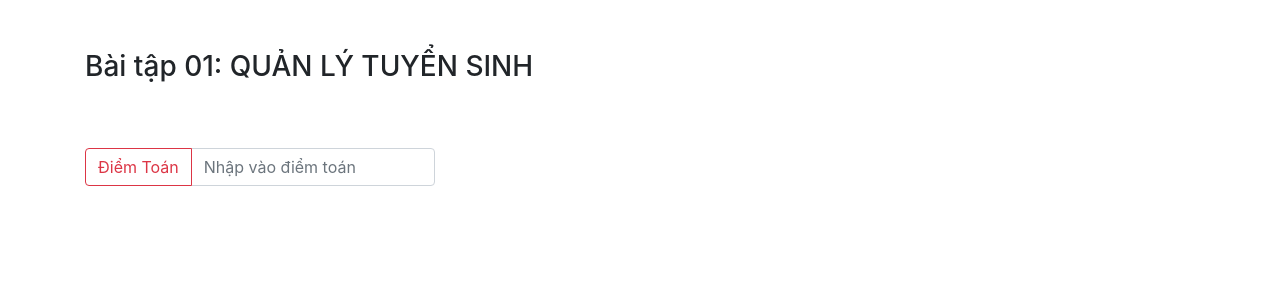
Repository: ducdatit2002/javascript-tinh-day15
Page: index.html
An editor plug-in stored every save of this project. The page is shown before and after the next save, followed by the edit.
The browser window is 1280 px wide. The pictures show the whole page.

Above is the page before, as saved 2023-08-19 23:54:23.

After the next save:
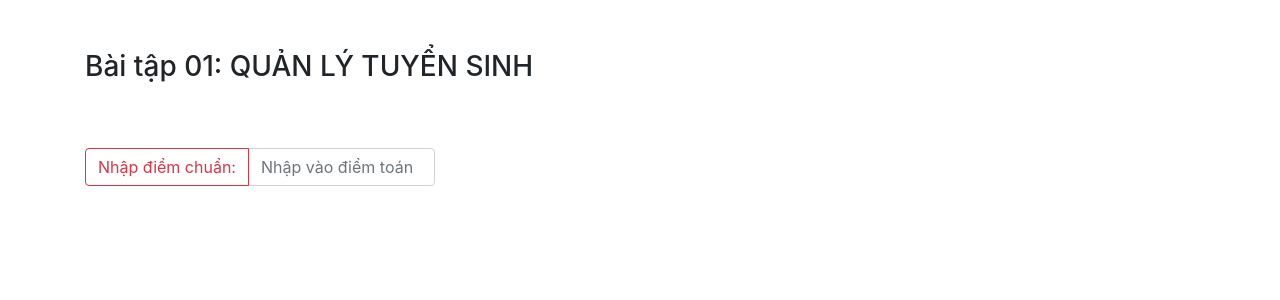
Saved 8 s later.
--- a/index.html
+++ b/index.html
@@ -25,7 +25,7 @@
           <div class="col-4">
             <div class="input-group mt-5">
               <div class="input-group-prepend">
-                <button class="btn btn-outline-danger">Điểm Toán</button>
+                <button class="btn btn-outline-danger">Nhập điểm chuẩn: </button>
               </div>
               <input
                 type="text"
